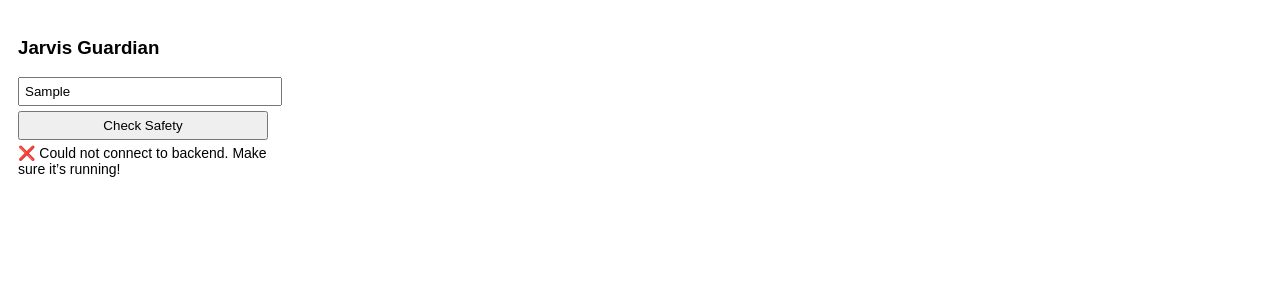
Repository: SG-Coder67/DigitalDistressAI
Page: frontend/plugin/popup.html
An editor plug-in stored every save of this project. The page is shown before and after the next save, followed by the edit.
The browser window is 1280 px wide. The pictures show the whole page.
Empty fields were first filled with sample values (such as "Sample", 5 or name@example.com).
After loading, the first visible `#checkBtn` was clicked once.
The page's requests for data from a server got no answer.

Above is the page before, as saved 2025-09-23 01:42:08.

### frontend/plugin/popup.html
<!DOCTYPE html>
<html lang="en">

<head>
    <meta charset="UTF-8">
    <title>Jarvis Guardian</title>
    <style>
        body {
            font-family: Arial;
            width: 250px;
            padding: 10px;
        }

        input {
            width: 100%;
            padding: 5px;
            margin-bottom: 5px;
        }

        button {
            width: 100%;
            padding: 5px;
            margin-bottom: 5px;
        }

        #result {
            font-size: 14px;
            white-space: pre-wrap;
        }
    </style>
</head>

<body>
    <h3>Jarvis Guardian</h3>
    <input id="userInput" type="text" placeholder="Enter URL or text manually" />
    <button id="checkBtn">Check Safety</button>
    <div id="result"></div>
    <script src="popup.js"></script>
</body>

</html>

### frontend/plugin/popup.js
document.getElementById("checkBtn").addEventListener("click", async () => {
  const input = document.getElementById("userInput").value;
  const resultEl = document.getElementById("result");

  if (!input) {
    resultEl.innerText = "Please enter a URL or text.";
    return;
  }

  const endpoint = input.startsWith("http")
    ? "http://127.0.0.1:5000/analyze/url"
    : "http://127.0.0.1:5000/analyze/text";

  try {
    const res = await fetch(endpoint, {
      method: "POST",
      headers: { "Content-Type": "application/json" },
      body: JSON.stringify({ input })
    });

    if (!res.ok) throw new Error(`Backend error HTTP ${res.status}`);
    const data = await res.json();

    resultEl.innerText = `Result: ${data.result}\nReasons: ${data.reasons.join(", ")}`;
  } catch (err) {
    resultEl.innerText = "❌ Could not connect to backend. Make sure it’s running!";
    console.error("Fetch error:", err);
  }
});

After the next save:
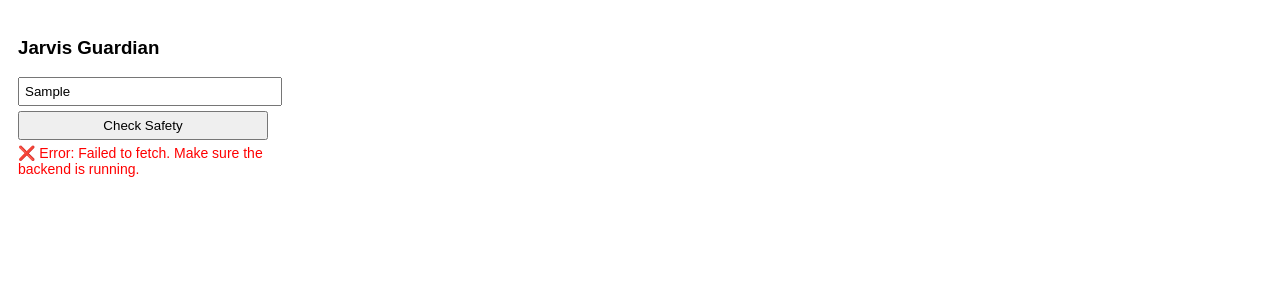
Saved 4 min 47 s later.
--- a/frontend/plugin/popup.js
+++ b/frontend/plugin/popup.js
@@ -1,29 +1,54 @@
 document.getElementById("checkBtn").addEventListener("click", async () => {
   const input = document.getElementById("userInput").value;
   const resultEl = document.getElementById("result");
+  resultEl.innerText = "Analyzing..."; // Provide immediate feedback
 
   if (!input) {
     resultEl.innerText = "Please enter a URL or text.";
     return;
   }
 
-  const endpoint = input.startsWith("http")
+  // Determine if the input is a URL or plain text
+  const isUrl = input.startsWith("http");
+
+  // Set the correct endpoint URL based on the input type
+  const endpoint = isUrl
     ? "http://127.0.0.1:5000/analyze/url"
     : "http://127.0.0.1:5000/analyze/text";
 
+  // Create the correct JSON body payload based on the input type
+  // The backend expects {'url': '...'} for URLs and {'text': '...'} for text.
+  const bodyPayload = isUrl ? { url: input } : { text: input };
+
   try {
-    const res = await fetch(endpoint, {
-      method: "POST",
-      headers: { "Content-Type": "application/json" },
-      body: JSON.stringify({ input })
+    const response = await fetch(endpoint, {
+      method: "POST", // <--- THIS IS THE CRITICAL FIX
+      headers: {
+        "Content-Type": "application/json",
+      },
+      body: JSON.stringify(bodyPayload),
     });
 
-    if (!res.ok) throw new Error(`Backend error HTTP ${res.status}`);
-    const data = await res.json();
+    if (!response.ok) {
+      // This will catch 404, 400, and 500 errors from the backend
+      throw new Error(`Backend error! Status: ${response.status}`);
+    }
 
-    resultEl.innerText = `Result: ${data.result}\nReasons: ${data.reasons.join(", ")}`;
+    const data = await response.json();
+
+    // Display the results (you can format this however you like)
+    console.log("Analysis Result:", data);
+    if (data.result === 'malicious') {
+        resultEl.innerText = `Result: MALICIOUS  위험\nReason: ${data.reasons.join(", ")}`;
+        resultEl.style.color = 'red';
+    } else {
+        resultEl.innerText = `Result: SAFE 안전\nType: ${data.type || 'N/A'}`;
+        resultEl.style.color = 'green';
+    }
+
   } catch (err) {
-    resultEl.innerText = "❌ Could not connect to backend. Make sure it’s running!";
     console.error("Fetch error:", err);
+    resultEl.innerText = `❌ Error: ${err.message}. Make sure the backend is running.`;
+    resultEl.style.color = 'red';
   }
 });
